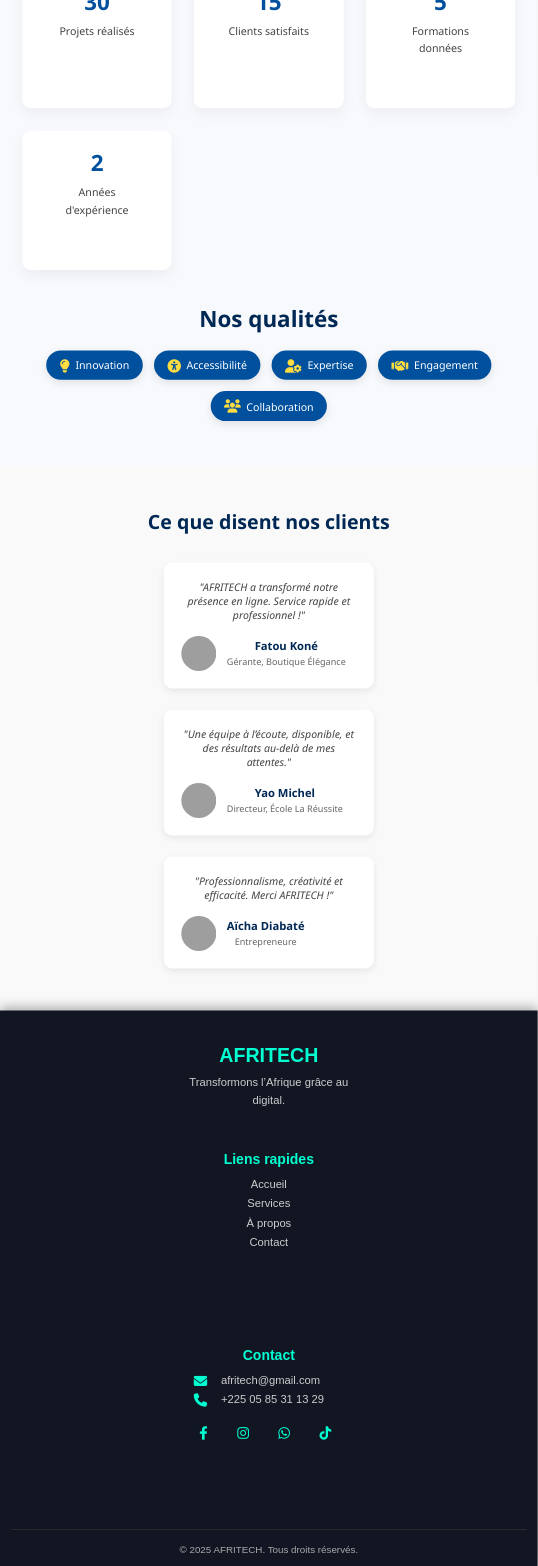
Repository: prestige225/AFRITECH
Page: index.html
These files come from the project's save history. The page is drawn as it stood at one moment and after the next save; the edit follows.
The browser window is 768 px wide. The pictures show the part of the page from y = 2292 to 4532 px (the page is 4529 px tall before and 4532 px after), at 70% of full size.
Pictures or frames that could not be fetched are drawn as grey boxes.

Above is the page before, as saved 2025-07-26 00:12:25.
Console error: TypeError: Cannot read properties of null (reading 'addEventListener')

### index.html

<!DOCTYPE html>
<html lang="en">
<head>
    <meta charset="UTF-8">
    <meta name="viewport" content="width=device-width, initial-scale=1.0">
    <!-- Font Awesome CDN -->
<link rel="stylesheet" href="https://cdnjs.cloudflare.com/ajax/libs/font-awesome/6.4.0/css/all.min.css">
    <link rel="stylesheet" href="style.css">

    <title>AFRITECH</title>
</head>
<body>
    <header>
        <div class="logo">
            <img src="image/logo.jpg" alt="AfanouTech Logo">
            <h1><span>AFRI</span>TECH</h1>
        </div>

         <!-- Bouton hamburger visible sur mobile -->
  <div class="menu-toggle" id="menu-toggle">
    <i class="fas fa-bars"></i>
  </div>


       <nav>
  <ul>
    <li><a href="index.html"><i class="fas fa-home"></i> Accueil</a></li>
    <li><a href="#services"><i class="fas fa-tools"></i> Services</a></li>
    <li><a href="#about"><i class="fas fa-info-circle"></i> À Propos</a></li>
    <li><a href="#contacts" id="openModalLink"><i class="fas fa-envelope"></i> Contact</a></li>

    <li><a href="#qualité"><i class="fas fa-project-diagram"></i> Nos Qualités</a></li>
  </ul>
</nav>

    </header>

<!-- hero -->
 <section class="hero">
    <div class="hero-content">
        <h1>Solutions numériques innovantes pour l'Afrique</h1>

        <p>Nous créons des expériences web exceptionnelles et des stratégies marketing digitales qui propulsent votre entreprise vers le succès.</p>
        <a href="#contacts" class="btn">Contactez-nous</a>
        <a href="#services" class="btn">Nos Services</a>

    </div>
    <div class="hero-image">
        <img src="image/emile.jpg" alt="Image d'accueil">
    </div>

    <div class="couleurpassante en design">

    </div>

 </section>


 <!-- SECTION SERVICES -->
  <section id="services" class="services-section">
            <h2>Nos Services</h2>
    <div class="services">

        <div class="service-item">
            <i class="fas fa-laptop-code"></i>
            <h3>Développement Web</h3>
            <p>Sites vitrines, e-commerce, applications web sur mesure adaptés à vos besoins spécifiques et optimisés pour tous les appareils.</p>
        </div>
        <div class="service-item">
            <i class="fas fa-mobile-alt"></i>
            <h3>Applications Mobiles</h3>
            <p>Développement d'applications mobiles natives et hybrides pour iOS et Android, offrant une expérience utilisateur exceptionnelle.</p>
        </div>
        <div class="service-item">
            <i class="fas fa-chart-line"></i>
            <h3>Marketing Digital</h3>
            <p>Stratégies de marketing digital personnalisées, SEO, publicité en ligne et gestion des réseaux sociaux pour augmenter votre visibilité.</p>
        </div>
        <div class="service-item">
            <i class="fas fa-shield-alt"></i>
            <h3>Cybersécurité</h3>
            <p>Solutions de sécurité avancées pour protéger vos données et votre infrastructure contre les menaces numériques.</p>
        </div>
        <div class="service-item">
            <i class="fas fa-palette"></i>
            <h3>Design UX/UI</h3>
            <p>Création d'interfaces utilisateur intuitives et esthétiques pour améliorer l'expérience de vos utilisateurs.</p>
        </div>

        <div class="service-item">
            <i class="fas fa-chalkboard-teacher"></i>
            <h3>Formation en Développement Informatique</h3>
            <p>Formations sur les technologies web, le développement d'applications et les meilleures pratiques en informatique.</p>
            </div>
    </div>
  </section>
<!-- SECTION apropos -->
<section id="about" class="about-section">
  <h2>À propos de nous</h2>
  <p>
    AFRITECH Solutions est une agence numérique fondée par Emile Afanou, passionné de technologie et de développement digital.<br><br>
    Spécialisée dans le développement web, le marketing digital et la cybersécurité, elle aide les entreprises africaines à réussir leur transformation numérique grâce à des solutions innovantes et accessibles.<br><br>
    AfriTech incarne une vision moderne de l’Afrique : connectée, compétente et ambitieuse.
  </p>

  <!-- COMPTEURS -->
  <div class="counters" id="qualité">
    <div class="counter-box">
      <span class="counter" data-target="30">0</span>
      <p>Projets réalisés</p>
    </div>
    <div class="counter-box">
      <span class="counter" data-target="15">0</span>
      <p>Clients satisfaits</p>
    </div>
    <div class="counter-box">
      <span class="counter" data-target="5">0</span>
      <p>Formations données</p>
    </div>
    <div class="counter-box">
      <span class="counter" data-target="2">0</span>
      <p>Années d'expérience</p>
    </div>
  </div>

  <!-- NOS QUALITÉS -->
  <div class="nos-qualites">
    <h3>Nos qualités</h3>
    <ul>
      <li><i class="fas fa-lightbulb"></i> Innovation</li>
      <li><i class="fas fa-universal-access"></i> Accessibilité</li>
      <li><i class="fas fa-user-cog"></i> Expertise</li>
      <li><i class="fas fa-handshake"></i> Engagement</li>
      <li><i class="fas fa-users"></i> Collaboration</li>
    </ul>
  </div>


  <!-- Bouton pour ouvrir la modale -->
<!-- <button id="openModalBtn" class="open-modal-btn">Contactez-nous</button> -->

<!-- Modale -->
<div id="contactModal" class="modal">
  <div class="modal-content">
    <span id="closeModalBtn" class="close-btn">&times;</span>
    <h2>Contactez-nous</h2>
    <form action="https://formspree.io/f/mabcxyz" method="POST">
      <input type="text" name="name" placeholder="Votre nom" required autocomplete="off" />
      <input type="email" name="email" placeholder="Votre email" required autocomplete="off" />
      <textarea name="message" rows="5" placeholder="Votre message" required></textarea>
      <button type="submit" class="btn">Envoyer</button>
    </form>
  </div>
</div>
</section>


<section id="temoignages" class="temoignages-section">
  <h2>Ce que disent nos clients</h2>
  <div class="temoignages-container">

    <div class="temoignage">
      <p class="message">"AFRITECH a transformé notre présence en ligne. Service rapide et professionnel !"</p>
      <div class="auteur">
        <img src="https://cdn-icons-png.flaticon.com/512/147/147144.png" alt="Avatar femme">
        <div>
          <h4>Fatou Koné</h4>
          <span>Gérante, Boutique Élégance</span>
        </div>
      </div>
    </div>

    <div class="temoignage">
      <p class="message">"Une équipe à l’écoute, disponible, et des résultats au-delà de mes attentes."</p>
      <div class="auteur">
        <img src="https://cdn-icons-png.flaticon.com/512/147/147142.png" alt="Avatar homme">
        <div>
          <h4>Yao Michel</h4>
          <span>Directeur, École La Réussite</span>
        </div>
      </div>
    </div>

    <div class="temoignage">
      <p class="message">"Professionnalisme, créativité et efficacité. Merci AFRITECH !"</p>
      <div class="auteur">
        <img src="https://cdn-icons-png.flaticon.com/512/147/147140.png" alt="Avatar femme">
        <div>
          <h4>Aïcha Diabaté</h4>
          <span>Entrepreneure</span>
        </div>
      </div>
    </div>

  </div>
</section>




<!-- <footer class="footer">
  <div class="footer-container">
    <div class="footer-brand">
      <h2>AFRITECH</h2>
      <p>Transformons l’Afrique grâce au digital.</p>
    </div>
    <div class="footer-links">
      <h4>Liens rapides</h4>
      <ul>
        <li><a href="#">Accueil</a></li>
        <li><a href="#services">Services</a></li>
        <li><a href="#about">À propos</a></li>
        <li><a href="#contacts" id="contacts">Contact</a></li>
      </ul>
    </div>
    <div class="footer-contact">
      <h4>Contact</h4>
      <p><i class="fas fa-envelope"></i>AFRITECH@gmail.com</p>
      <p><i class="fas fa-phone"></i> +225 0585311329</p>
     <div class="social-icons">
  <a href="#" aria-label="Facebook"><i class="fab fa-facebook-f"></i></a>

  <a href="#" aria-label="Instagram"><i class="fab fa-instagram"></i></a>
  <a href="https://wa.me/225XXXXXXXXX" target="_blank" aria-label="WhatsApp">
    <i class="fab fa-whatsapp"></i>
  </a>
  <a href="#" aria-label="TikTok">
    <i class="fab fa-tiktok"></i>
  </a>
</div>

    </div>
  </div>
  <div class="footer-bottom">
    <p>© 2025 AFRITECH. Tous droits réservés.</p>
  </div>
</footer> -->


<footer class="footer">
  <div class="footer-container">
    <div class="footer-brand">
      <h2>AFRITECH</h2>
      <p>Transformons l’Afrique grâce au digital.</p>
    </div>

    <div class="footer-links">
      <h4>Liens rapides</h4>
      <ul>
        <li><a href="#">Accueil</a></li>
        <li><a href="#services">Services</a></li>
        <li><a href="#about">À propos</a></li>
        <li><a href="#contacts">Contact</a></li>
      </ul>
    </div>

    <div class="footer-contact">
      <h4>Contact</h4>
      <p><i class="fas fa-envelope"></i> afritech@gmail.com</p>
      <p><i class="fas fa-phone"></i> +225 05 85 31 13 29</p>
      <div class="social-icons">
        <a href="#" aria-label="Facebook"><i class="fab fa-facebook-f"></i></a>
        <a href="#" aria-label="Instagram"><i class="fab fa-instagram"></i></a>
        <a href="https://wa.me/2250585311329" target="_blank" aria-label="WhatsApp">
          <i class="fab fa-whatsapp"></i>
        </a>
        <a href="#" aria-label="TikTok"><i class="fab fa-tiktok"></i></a>
      </div>
    </div>
  </div>

  <div class="footer-bottom">
    <p>© 2025 AFRITECH. Tous droits réservés.</p>
  </div>
</footer>



    <script src="index.js"></script>

    <!--  -->
</body>



</html>

### style.css

/* ========== RESET ========== */
* {
  margin: 0;
  padding: 0;
  box-sizing: border-box;
}

/* ========== GLOBAL ========== */
body {
  font-family: 'Segoe UI', sans-serif;
  background-color: #f4f4f4;
  color: #333;
}

/* ========== HEADER ========== */
header {
  background-color: #002855;
  color: white;
  padding: 1rem 2rem;
  display: flex;
  justify-content: space-between;
  align-items: center;
  flex-wrap: wrap;
  position: relative;
}

/* Logo */
.logo {
  display: flex;
  align-items: center;
  gap: 10px;
}

.logo img {
  width: 40px;
  height: 40px;
}

.logo h1 {
  font-size: 1.5rem;
  font-weight: bold;
}

.logo span {
  color: #ff8000;
}

/* Navigation */
nav ul {
  list-style: none;
  display: flex;
  gap: 1.5rem;
}

nav a {
  color: white;
  text-decoration: none;
  font-weight: 500;
  transition: 0.3s;
}

nav a:hover {
  color: #ff8000;
}

/* Hamburger button */
.menu-toggle {
  display: none;
  font-size: 1.8rem;
  color: white;
  cursor: pointer;
}

/* ========== RESPONSIVE ========== */
@media (max-width: 768px) {
  nav {
    width: 100%;
  }

  nav ul {
    flex-direction: column;
    background-color: #002855;
    position: absolute;
    top: 100%;
    left: 0;
    right: 0;
    display: none;
    padding: 1rem;
    z-index: 10;
  }

  nav ul.active {
    display: flex;
  }

  .menu-toggle {
    display: block;
  }
}
/* 🎯 SECTION HERO MODERNE */
.hero {
  display: flex;
  flex-wrap: wrap;
  align-items: center;
  justify-content: space-between;
  padding: 3rem 2rem;
  background: linear-gradient(to right, #002855, #00509e);
  color: white;
  position: relative;
  overflow: hidden;
}

/* Contenu texte */
.hero-content {
  flex: 1 1 50%;
  max-width: 600px;
  z-index: 1;
}

.hero-content h1 {
  font-size: 2.5rem;
  margin-bottom: 1rem;
}

.hero-content p {
  font-size: 1.1rem;
  margin-bottom: 2rem;
  line-height: 1.6;
}

/* Boutons */
.hero-content .btn {
  display: inline-block;
  background-color: #ff8000;
  color: white;
  padding: 0.8rem 1.5rem;
  margin-right: 1rem;
  border-radius: 5px;
  text-decoration: none;
  font-weight: bold;
  transition: background 0.3s ease;
}

.hero-content .btn:hover {
  background-color: #e67300;
}

/* Image d’accueil */
.hero-image {
  flex: 1 1 40%;
  text-align: center;
  z-index: 1;
}

.hero-image img {
  width: 100%;
  max-width: 400px;
  height: auto;
  border-radius: 15px;
}

/* Effet décoratif de fond (couleurpassante) */
.couleurpassante {
  position: absolute;
  top: -50px;
  right: -50px;
  width: 300px;
  height: 300px;
  background: radial-gradient(circle, #ffffff22, transparent 70%);
  border-radius: 50%;
  animation: flotter 10s infinite alternate;
  z-index: 0;
}

/* Animation douce */
@keyframes flotter {
  0% {
    transform: translateY(0) rotate(0deg);
  }
  100% {
    transform: translateY(20px) rotate(20deg);
  }
}

/* 📱 Responsive */
@media (max-width: 768px) {
  .hero {
    flex-direction: column;
    text-align: center;
  }

  .hero-content, .hero-image {
    flex: 1 1 100%;
    max-width: 100%;
  }

  .hero-content h1 {
    font-size: 2rem;
  }

  .hero-content p {
    font-size: 1rem;
  }

  .hero-content .btn {
    margin-bottom: 1rem;
  }
}


/* ========== SECTION SERVICES ========== */
.services-section {
  padding: 4rem 2rem;
  background: linear-gradient(to bottom right, #e6ecf5, #f7f9fc);
  text-align: center;
}

.services-section h2 {
  font-size: 2.5rem;
  margin-bottom: 3rem;
  color: #002855;
  font-weight: 700;
}

/* Container de toutes les cartes */
.services {
  display: grid;
  grid-template-columns: repeat(auto-fit, minmax(280px, 1fr));
  gap: 2rem;
  max-width: 1200px;
  margin: 0 auto;
}

/* Style individuel des services */
.service-item {
  background-color: #ffffff;
  border-radius: 12px;
  padding: 2rem 1.5rem;
  box-shadow: 0 8px 25px rgba(0, 0, 0, 0.05);
  transition: transform 0.3s ease, box-shadow 0.3s ease;
}

.service-item:hover {
  transform: translateY(-8px);
  box-shadow: 0 12px 30px rgba(0, 0, 0, 0.1);
}

/* Icône */
.service-item i {
  font-size: 2.8rem;
  color: #00509e;
  margin-bottom: 1rem;
}

/* Titre */
.service-item h3 {
  font-size: 1.3rem;
  margin-bottom: 0.8rem;
  color: #002855;
  font-weight: 600;
}

/* Paragraphe */
.service-item p {
  font-size: 1rem;
  line-height: 1.6;
  color: #444;
}


/* ===== SECTION À PROPOS ===== */
.about-section {
  padding: 4rem 2rem;
  text-align: center;
  background: #f7f9fc;
}

.about-section h2 {
  font-size: 2.5rem;
  color: #002855;
  margin-bottom: 1.5rem;
}

.about-section p {
  max-width: 900px;
  margin: 0 auto 3rem;
  font-size: 1.1rem;
  line-height: 1.8;
  color: #333;
}

/* ===== SECTION À PROPOS ===== */
.about-section {
  padding: 4rem 2rem;
  text-align: center;
  background: #f7f9fc;
  font-family: 'Segoe UI', Tahoma, Geneva, Verdana, sans-serif;
}

.about-section h2 {
  font-size: 2.5rem;
  color: #002855;
  margin-bottom: 1.5rem;
  font-weight: 700;
}

.about-section p {
  max-width: 900px;
  margin: 0 auto 3rem;
  font-size: 1.1rem;
  line-height: 1.7;
  color: #333;
}

.about-section {
  padding: 4rem 2rem;
  text-align: center;
  background: #f7f9fc;
  font-family: 'Segoe UI', Tahoma, Geneva, Verdana, sans-serif;
}

.about-section h2 {
  font-size: 2.5rem;
  color: #002855;
  margin-bottom: 1.5rem;
  font-weight: 700;
}

.about-section p {
  max-width: 900px;
  margin: 0 auto 3rem;
  font-size: 1.1rem;
  line-height: 1.7;
  color: #333;
}

/* Compteurs */
.counters {
  display: grid;
  grid-template-columns: repeat(auto-fit, minmax(160px, 1fr));
  gap: 2rem;
  max-width: 1000px;
  margin: 0 auto 3rem;
}

.counter-box {
  background: #fff;
  border-radius: 12px;
  padding: 1.5rem;
  box-shadow: 0 8px 20px rgba(0, 0, 0, 0.05);
  transition: transform 0.3s ease;
}

.counter-box:hover {
  transform: translateY(-5px);
}

.counter {
  font-size: 2.5rem;
  font-weight: 700;
  color: #00509e;
  display: block;
}

.counter-box p {
  margin-top: 0.5rem;
  font-size: 1rem;
  color: #444;
}

/* Nos qualités */
.nos-qualites {
  margin-top: 3rem;
  max-width: 800px;
  margin-left: auto;
  margin-right: auto;
  text-align: center;
}

.nos-qualites h3 {
  font-size: 2rem;
  color: #002855;
  margin-bottom: 1.5rem;
  font-weight: 700;
}

.nos-qualites ul {
  list-style: none;
  padding: 0;
  display: flex;
  flex-wrap: wrap;
  justify-content: center;
  gap: 1rem;
}

.nos-qualites li {
  background-color: #00509e;
  color: #fff;
  padding: 0.8rem 1.5rem;
  border-radius: 25px;
  font-size: 1rem;
  font-weight: 500;
  box-shadow: 0 4px 12px rgba(0, 0, 0, 0.1);
  display: flex;
  align-items: center;
  gap: 0.5rem;
  transition: background 0.3s ease;
}

.nos-qualites li:hover {
  background-color: #003f7f;
}

.nos-qualites li i {
  color: #ffdd40;
  font-size: 1.2rem;
}

/* Responsive */
@media (max-width: 768px) {
  .about-section h2 {
    font-size: 2rem;
  }

  .about-section p {
    font-size: 1rem;
    padding: 0 1rem;
  }

  .counter {
    font-size: 2rem;
  }

  .counter-box p {
    font-size: 0.95rem;
  }

  .nos-qualites li {
    font-size: 0.95rem;
    padding: 0.7rem 1.2rem;
  }
}

@media (max-width: 480px) {
  .counters {
    grid-template-columns: 1fr;
  }

  .nos-qualites ul {
    flex-direction: column;
    gap: 1rem;
  }

  .nos-qualites li {
    justify-content: center;
  }
}


/* Bouton pour ouvrir la modale */
.open-modal-btn {
  padding: 10px 20px;
  background-color: #00509e;
  color: white;
  border: none;
  border-radius: 25px;
  cursor: pointer;
  font-size: 1rem;
  margin: 2rem auto;
  display: block;
}

.open-modal-btn:hover {
  background-color: #003f7f;
}

/* Bouton ouvrir modale */
.open-modal-btn {
  padding: 10px 20px;
  background-color: #00509e;
  color: white;
  border: none;
  border-radius: 25px;
  cursor: pointer;
  font-size: 1rem;
  display: inline-block;
  margin: 1rem auto;
}

.open-modal-btn:hover {
  background-color: #003f7f;
}

/* Modale masquée par défaut */
.modal {
  display: none;
  position: fixed;
  z-index: 10000;
  top: 0; left: 0;
  width: 100vw;
  height: 100vh;
  background-color: rgba(0,0,0,0.7);
  justify-content: center;
  align-items: center;
  padding: 1rem;
}

/* Afficher modale */
.modal.show {
  display: flex;
}

/* Contenu modale */
.modal-content {
  background-color: #fff;
  border-radius: 10px;
  max-width: 500px;
  width: 100%;
  padding: 2rem;
  position: relative;
  box-shadow: 0 0 15px rgba(0,0,0,0.3);
  animation: fadeInScale 0.3s ease forwards;
}

@keyframes fadeInScale {
  from {opacity: 0; transform: scale(0.9);}
  to {opacity: 1; transform: scale(1);}
}

.modal-content h2 {
  color: #003f7f;
  margin-bottom: 1rem;
  text-align: center;
}

.modal-content form {
  display: flex;
  flex-direction: column;
  gap: 1rem;
}

input, textarea {
  padding: 1rem;
  font-size: 1rem;
  border-radius: 8px;
  border: 1px solid #ccc;
  outline: none;
  font-family: inherit;
  transition: border-color 0.3s ease;
}

input:focus, textarea:focus {
  border-color: #00509e;
}

button.btn {
  background-color: #00509e;
  color: white;
  padding: 0.9rem;
  font-weight: 600;
  border: none;
  border-radius: 25px;
  cursor: pointer;
  font-size: 1rem;
  transition: background-color 0.3s ease;
}

button.btn:hover {
  background-color: #003f7f;
}

/* Bouton fermer modale */
.close-btn {
  position: absolute;
  top: 15px;
  right: 15px;
  font-size: 1.8rem;
  color: #777;
  cursor: pointer;
  transition: color 0.3s ease;
}

.close-btn:hover {
  color: #000;
}

/* Responsive */
@media (max-width: 600px) {
  .modal-content {
    padding: 1.5rem;
  }
}

.footer {
  background: #121623;
  color: #d1d5db;
  padding: 3rem 1rem 1rem;
  font-family: 'Segoe UI', Tahoma, Geneva, Verdana, sans-serif;
}

.footer-container {
  max-width: 1100px;
  margin: 0 auto;
  display: flex;
  flex-wrap: wrap;
  gap: 3rem;
  justify-content: space-between;
}

.footer-brand h2 {
  font-size: 2rem;
  color: #4f46e5; /* violet doux */
  margin-bottom: 0.5rem;
  font-weight: 700;
}

.footer-brand p {
  font-size: 1rem;
  color: #9ca3af;
  max-width: 250px;
}

.footer-links,
.footer-contact {
  flex: 1 1 220px;
}

.footer-links h4,
.footer-contact h4 {
  font-size: 1.2rem;
  color: #e0e7ff;
  margin-bottom: 1rem;
  font-weight: 600;
}

.footer-links ul {
  list-style: none;
  padding: 0;
}

.footer-links ul li {
  margin-bottom: 0.7rem;
}

.footer-links ul li a {
  color: #9ca3af;
  text-decoration: none;
  transition: color 0.3s ease;
  font-weight: 500;
}

.footer-links ul li a:hover {
  color: #4f46e5;
}

.footer-contact p {
  display: flex;
  align-items: center;
  gap: 0.6rem;
  margin-bottom: 1rem;
  font-weight: 500;
  color: #9ca3af;
}

.footer-contact i {
  color: #4f46e5;
  font-size: 1.2rem;
}

.social-icons {
  display: flex;
  gap: 1rem;
  margin-top: 0.5rem;
}

.social-icons a {
  color: #9ca3af;
  font-size: 1.4rem;
  transition: color 0.3s ease;
}

.social-icons a:hover {
  color: #4f46e5;
}

/* === Footer Styling === */
.footer {


  font-family: 'Poppins', sans-serif;
  box-shadow: 0 -5px 15px rgba(0, 0, 0, 0.3);



   background: #121623;
  color: #d1d5db;
  padding: 3rem 1rem 1rem;

}

.footer-container {
  display: flex;
  flex-wrap: wrap;
  justify-content: space-between;
  gap: 40px;
  max-width: 1200px;
  margin: auto;
}

.footer-brand h2 {
  font-size: 28px;
  color: #00ffd1;
  margin-bottom: 10px;
}

.footer-brand p {
  font-size: 16px;
  line-height: 1.6;
  color: #ccc;
}

.footer-links h4,
.footer-contact h4 {
  font-size: 20px;
  margin-bottom: 15px;
  color: #00ffd1;
}

.footer-links ul {
  list-style: none;
  padding: 0;
}

.footer-links ul li {
  margin-bottom: 10px;
}

.footer-links ul li a {
  color: #ccc;
  text-decoration: none;
  transition: color 0.3s ease;
}

.footer-links ul li a:hover {
  color: #00ffd1;
}

.footer-contact p {
  font-size: 16px;
  margin: 8px 0;
  color: #ccc;
}

.footer-contact i {
  margin-right: 10px;
  color: #00ffd1;
}

.social-icons {
  margin-top: 15px;
}

/* .social-icons a {
  display: inline-block;
  margin-right: 15px;
  color: #fff;
  font-size: 18px;
  background: #00ffd1;
  padding: 10px;
  border-radius: 50%;
  transition: transform 0.3s, background 0.3s;
}

.social-icons a:hover {
  background: #00bfa6;
  transform: scale(1.1);
} */

.footer-bottom {
  text-align: center;
  padding-top: 20px;
  font-size: 14px;
  border-top: 1px solid #333;
  color: #aaa;
  margin-top: 40px;
}

/* === Responsive Design === */
@media screen and (max-width: 768px) {
  .footer-container {
    flex-direction: column;
    align-items: center;
    text-align: center;
  }

  .footer-links,
  .footer-contact {
    margin-top: 20px;
  }

  .social-icons a {
    margin: 10px 8px 0 8px;
  }
}

html {
  scroll-behavior: smooth;
}


.temoignages-section {
  padding: 60px 20px;
  background-color: #f9f9f9;
  text-align: center;
}

.temoignages-section h2 {
  font-size: 28px;
  margin-bottom: 40px;
  color: #002855;
  font-weight: 700

}

.temoignages-container {
  display: flex;
  flex-wrap: wrap;
  justify-content: center;
  gap: 30px;
}

.temoignage {
  background: white;
  padding: 25px;
  max-width: 300px;
  border-radius: 12px;
  box-shadow: 0 4px 10px rgba(0,0,0,0.08);
  transition: transform 0.3s ease;
}

.temoignage:hover {
  transform: translateY(-5px);
}

.message {
  font-style: italic;
  font-size: 15px;
  color: #444;
  margin-bottom: 20px;
}

.auteur {
  display: flex;
  align-items: center;
  gap: 15px;
}

.auteur img {
  width: 50px;
  height: 50px;
  border-radius: 50%;
  object-fit: cover;
}

.auteur h4 {
  margin: 0;
  font-size: 16px;
  color: #002855;
}

.auteur span {
  font-size: 13px;
  color: #666;
}

@media (max-width: 768px) {
  .temoignages-container {
    flex-direction: column;
    align-items: center;
  }
}

Loaded but not shown: index.js (59 lines, source omitted)

After the next save:
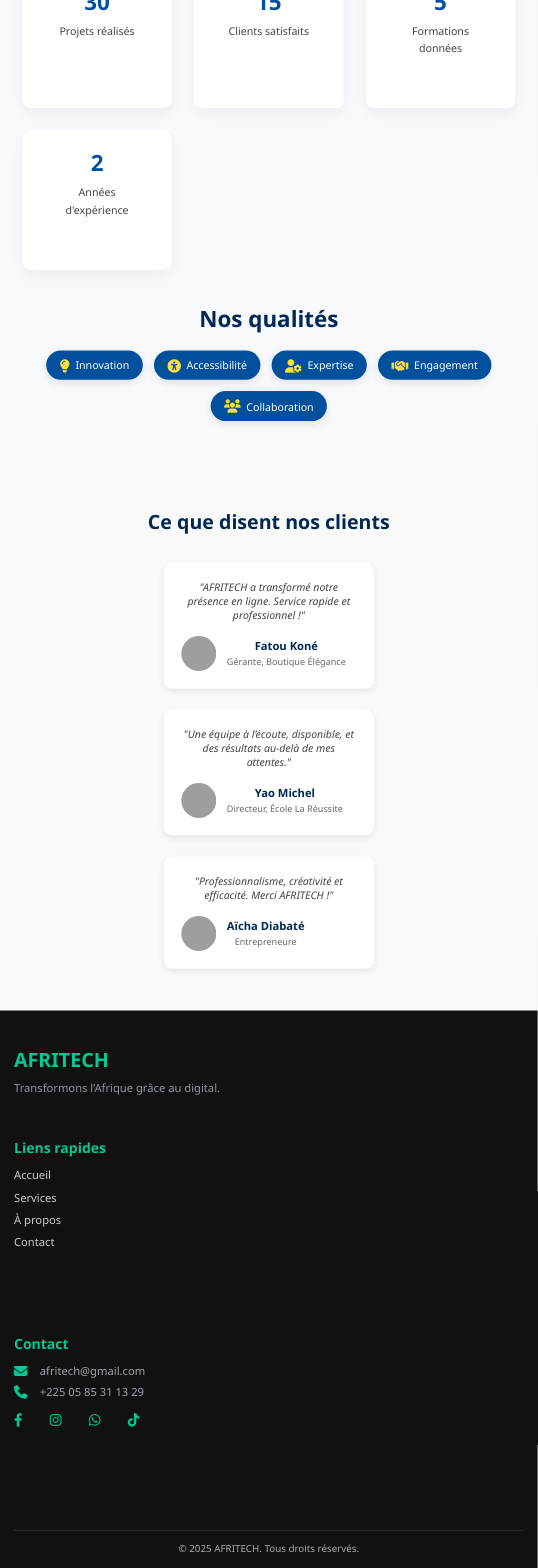
Saved 2 min 13 s later.
--- a/style.css
+++ b/style.css
@@ -685,46 +685,43 @@ button.btn:hover {
 }
 
 /* === Footer Styling === */
+/* FontAwesome nécessaire */
+@import url('https://cdnjs.cloudflare.com/ajax/libs/font-awesome/5.15.4/css/all.min.css');
+
 .footer {
-
-
-  font-family: 'Poppins', sans-serif;
-  box-shadow: 0 -5px 15px rgba(0, 0, 0, 0.3);
-
-
-
-   background: #121623;
-  color: #d1d5db;
-  padding: 3rem 1rem 1rem;
-
+  background: #111;
+  color: #fff;
+  padding: 50px 20px 20px;
+  font-family: 'Segoe UI', sans-serif;
 }
 
 .footer-container {
   display: flex;
   flex-wrap: wrap;
   justify-content: space-between;
-  gap: 40px;
   max-width: 1200px;
   margin: auto;
-}
-
-.footer-brand h2 {
+  gap: 30px;
+}
+
+.footer h2 {
   font-size: 28px;
-  color: #00ffd1;
   margin-bottom: 10px;
+  color: #00c896;
 }
 
 .footer-brand p {
+  max-width: 300px;
   font-size: 16px;
-  line-height: 1.6;
-  color: #ccc;
+  line-height: 1.5;
+  opacity: 0.9;
 }
 
 .footer-links h4,
 .footer-contact h4 {
+  margin-bottom: 15px;
+  color: #00c896;
   font-size: 20px;
-  margin-bottom: 15px;
-  color: #00ffd1;
 }
 
 .footer-links ul {
@@ -743,66 +740,65 @@ button.btn:hover {
 }
 
 .footer-links ul li a:hover {
-  color: #00ffd1;
+  color: #00c896;
 }
 
 .footer-contact p {
+  margin: 8px 0;
   font-size: 16px;
-  margin: 8px 0;
-  color: #ccc;
 }
 
 .footer-contact i {
-  margin-right: 10px;
-  color: #00ffd1;
+  margin-right: 8px;
+  color: #00c896;
 }
 
 .social-icons {
   margin-top: 15px;
 }
 
-/* .social-icons a {
-  display: inline-block;
+.social-icons a {
+  color: #fff;
   margin-right: 15px;
-  color: #fff;
-  font-size: 18px;
-  background: #00ffd1;
-  padding: 10px;
-  border-radius: 50%;
-  transition: transform 0.3s, background 0.3s;
+  font-size: 20px;
+  transition: transform 0.3s ease, color 0.3s;
 }
 
 .social-icons a:hover {
-  background: #00bfa6;
-  transform: scale(1.1);
-} */
+  color: #00c896;
+  transform: scale(1.2);
+}
 
 .footer-bottom {
+  border-top: 1px solid #333;
+  margin-top: 30px;
   text-align: center;
-  padding-top: 20px;
+  padding-top: 15px;
   font-size: 14px;
-  border-top: 1px solid #333;
   color: #aaa;
-  margin-top: 40px;
-}
-
-/* === Responsive Design === */
+}
+
+/* Responsive */
 @media screen and (max-width: 768px) {
   .footer-container {
     flex-direction: column;
-    align-items: center;
-    text-align: center;
-  }
-
+    align-items: flex-start;
+  }
+
+  .footer-brand,
   .footer-links,
   .footer-contact {
-    margin-top: 20px;
-  }
-
-  .social-icons a {
-    margin: 10px 8px 0 8px;
-  }
-}
+    width: 100%;
+    margin-bottom: 30px;
+  }
+
+  .social-icons {
+    display: flex;
+    justify-content: flex-start;
+    flex-wrap: wrap;
+  }
+}
+
 
 html {
   scroll-behavior: smooth;
